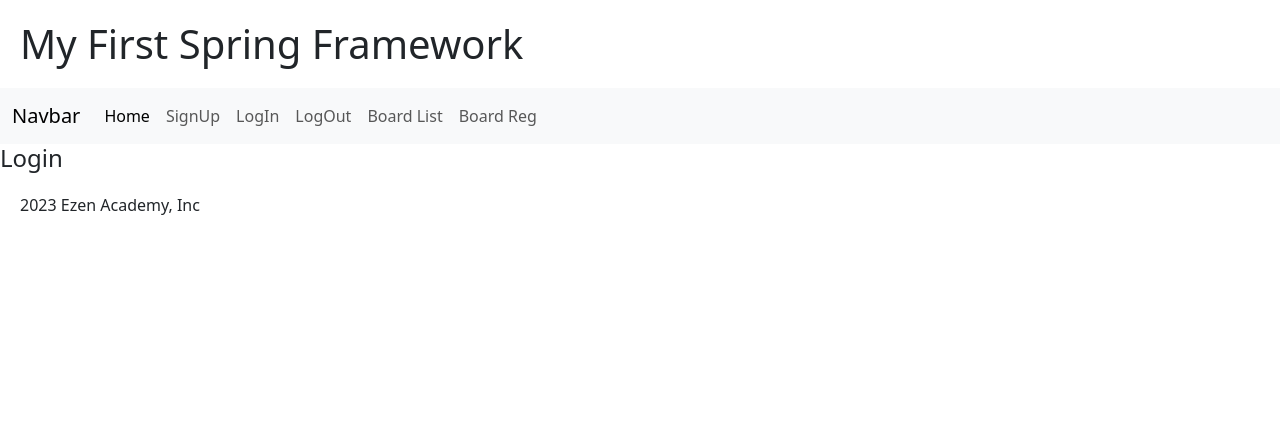
Repository: hayxxnekim/spring
Page: http://localhost/springProject/WEB-INF/views/member/login.jsp
The author's editor kept a copy of each file at every save. The page is drawn from the files as they stood at one save, then again after the next save.
The browser window is 1280 px wide. The pictures show the whole page.
The page is served by Tomcat 9. Nobody is signed in. Other server files are loaded and not shown. The template is opened directly, without the code that normally fills it, so the values that code supplies are empty.

Above is the page before, as saved 2023-10-27 12:16:10.

### springProject/src/main/webapp/WEB-INF/views/member/login.jsp
<%@ page language="java" contentType="text/html; charset=UTF-8"
    pageEncoding="UTF-8"%>
<!DOCTYPE html>
<html>
<head>
<meta charset="UTF-8">
<title>Insert title here</title>
</head>
<body>
<jsp:include page="../common/header.jsp" />
<jsp:include page="../common/nav.jsp" />
<h4>Login</h4>
<div class="container">
<form action="/member/login" method="post">
</form>
</div>
<jsp:include page="../common/footer.jsp" />
</body>
</html>

### springProject/src/main/webapp/WEB-INF/views/common/header.jsp
<%@ page language="java" contentType="text/html; charset=UTF-8"
    pageEncoding="UTF-8"%>
<%@ taglib uri="http://java.sun.com/jsp/jstl/core" prefix="c" %>
<!DOCTYPE html>
<html>
<head>
<meta charset="UTF-8">
<title>Insert title here</title>
<link href="https://cdn.jsdelivr.net/npm/bootstrap@5.3.1/dist/css/bootstrap.min.css" rel="stylesheet" integrity="sha384-4bw+/aepP/YC94hEpVNVgiZdgIC5+VKNBQNGCHeKRQN+PtmoHDEXuppvnDJzQIu9" crossorigin="anonymous">
<script src="https://cdn.jsdelivr.net/npm/bootstrap@5.3.1/dist/js/bootstrap.bundle.min.js" integrity="sha384-HwwvtgBNo3bZJJLYd8oVXjrBZt8cqVSpeBNS5n7C8IVInixGAoxmnlMuBnhbgrkm" crossorigin="anonymous"></script>
<style type="text/css">
h1, p, h3, form{
margin: 20px;
}
</style>
</head>
<body>
<h1>My First Spring Framework</h1>
</body>
</html>

### springProject/src/main/webapp/WEB-INF/views/common/nav.jsp
<%@ page language="java" contentType="text/html; charset=UTF-8"
    pageEncoding="UTF-8"%>
<%@ taglib uri="http://java.sun.com/jsp/jstl/core" prefix="c" %>
<!DOCTYPE html>
<html>
<head>
<meta charset="UTF-8">
<title>Insert title here</title>
</head>
<body>
<nav class="navbar navbar-expand-lg bg-body-tertiary">
  <div class="container-fluid">
    <a class="navbar-brand" href="#">Navbar</a>
    <button class="navbar-toggler" type="button" data-bs-toggle="collapse" data-bs-target="#navbarSupportedContent" aria-controls="navbarSupportedContent" aria-expanded="false" aria-label="Toggle navigation">
      <span class="navbar-toggler-icon"></span>
    </button>
    <div class="collapse navbar-collapse" id="navbarSupportedContent">
      <ul class="navbar-nav me-auto mb-2 mb-lg-0">
        <li class="nav-item">
          <a class="nav-link active" aria-current="page" href="/">Home</a>
        </li>
        <li class="nav-item">
          <a class="nav-link" href="/member/register">SignUp</a>
        </li>
        <li class="nav-item">
          <a class="nav-link" href="/member/login">LogIn</a>
        </li>
                <li class="nav-item">
          <a class="nav-link" href="/member/logout">LogOut</a>
        </li>
        <li class="nav-item">
          <a class="nav-link" href="/board/list">Board List</a>
        </li>
        <li class="nav-item">
          <a class="nav-link" href="/board/register">Board Reg</a>
        </li>
      </ul>
    </div>
  </div>
</nav>


</body>
</html>

### springProject/src/main/webapp/WEB-INF/views/common/footer.jsp
<%@ page language="java" contentType="text/html; charset=UTF-8"
    pageEncoding="UTF-8"%>
<%@ taglib prefix="c" uri="http://java.sun.com/jsp/jstl/core" %>
<!DOCTYPE html>
<html>
<head>
<meta charset="UTF-8">
<title>Insert title here</title>
</head>
<body>
<!-- <div class="container my-4">
</div> -->
	<p>2023 Ezen Academy, Inc</p>
</body>
</html>

After the next save:
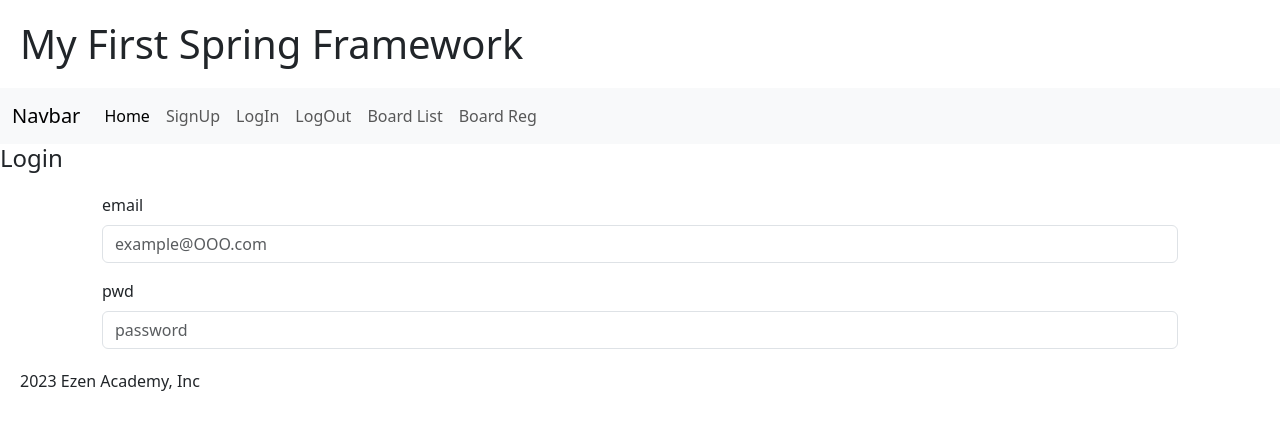
Saved 19 s later.
--- a/springProject/src/main/webapp/WEB-INF/views/member/login.jsp
+++ b/springProject/src/main/webapp/WEB-INF/views/member/login.jsp
@@ -12,6 +12,14 @@
 <h4>Login</h4>
 <div class="container">
 <form action="/member/login" method="post">
+	<div class="mb-3">
+	  <label for="e" class="form-label">email</label>
+	  <input type="email" class="form-control" name="email" id="e" placeholder="example@OOO.com">
+	</div>
+	<div class="mb-3">
+	  <label for="p" class="form-label">pwd</label>
+	  <input type="password" class="form-control" name="pwd" id="p" placeholder="password">
+	</div>
 </form>
 </div>
 <jsp:include page="../common/footer.jsp" />
